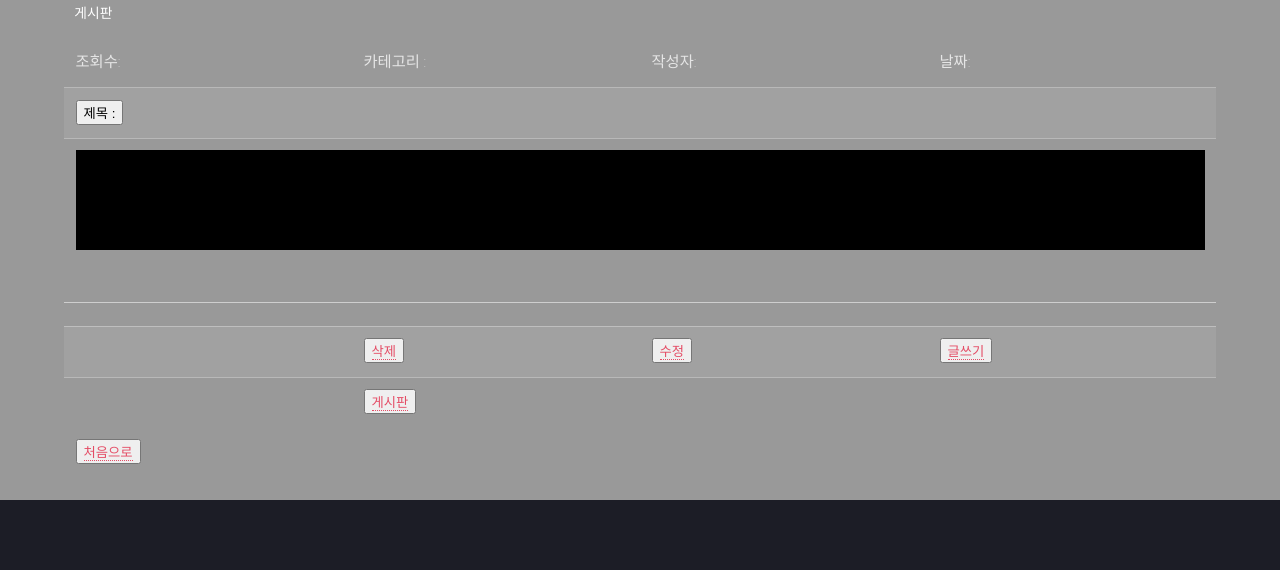
Repository: worMholEamkim/SpringEX
Page: http://localhost/bbs/bbsview.do
The author's editor kept a copy of each file at every save. The page is drawn from the files as they stood at one save, then again after the next save.
The browser window is 1280 px wide. The pictures show the whole page.
The page is served by Tomcat 9. Queries for data that is not in the repository find no rows.

Above is the page before, as saved 2019-03-15 07:01:34.

After the next save:
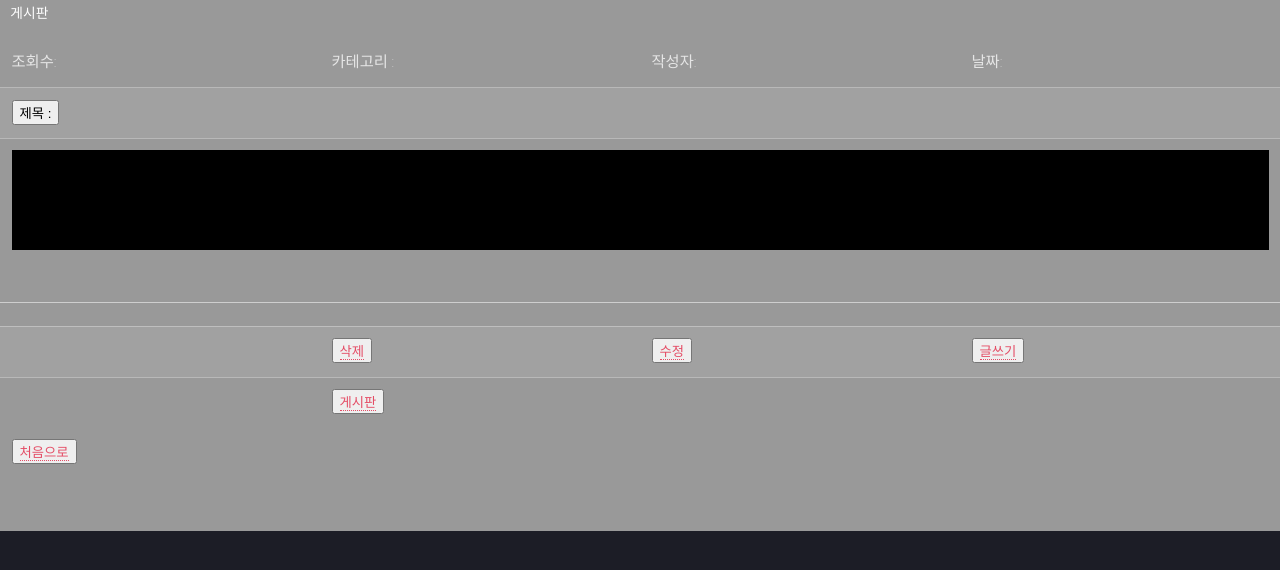
Saved 108 s later.
--- a/JSP_WepPage_Server-master.zip_expanded/JSP_WepPage_Server-master/bbs/WebContent/WEB-INF/bbsview.jsp
+++ b/JSP_WepPage_Server-master.zip_expanded/JSP_WepPage_Server-master/bbs/WebContent/WEB-INF/bbsview.jsp
@@ -18,7 +18,7 @@
 			sessionID = (String) session.getAttribute("sessionID");
 		}
 	%>
-	<div class="container">
+	<div class="table-wrapper">
 
 		<div class="w3-panel">
 			<table class="table table-hover" border=0px>
